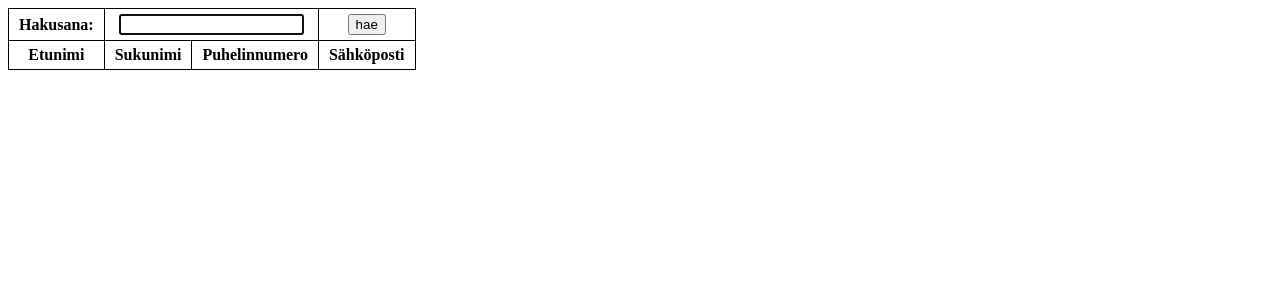
Repository: JerriMakila/Etatehtavat5
Page: http://localhost/Asiakkaat/listaaasiakkaat.jsp
These files come from the project's save history. The page is drawn as it stood at one moment and after the next save; the edit follows.
The browser window is 1280 px wide. The pictures show the whole page.
The page is served by Tomcat 9.

Above is the page before, as saved 2020-11-17 22:10:27.

After the next save:
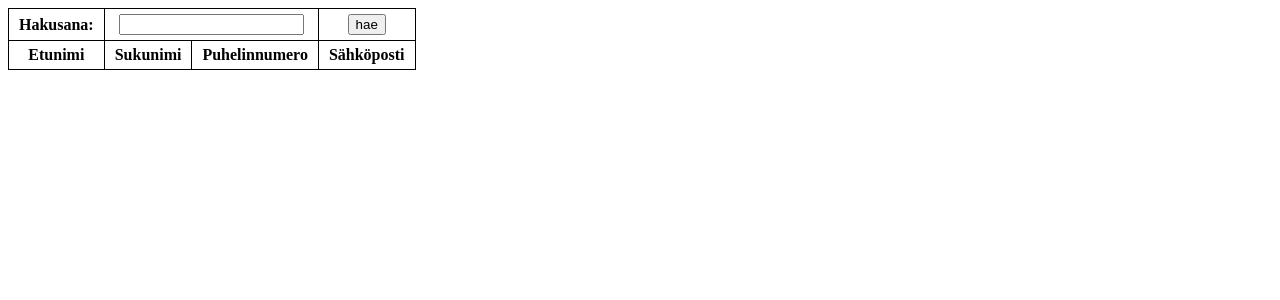
Console error: ReferenceError: haeAutot is not defined
Saved 13 h 16 min later.
--- a/Asiakkaat/WebContent/listaaasiakkaat.jsp
+++ b/Asiakkaat/WebContent/listaaasiakkaat.jsp
@@ -45,17 +45,17 @@
 
 	haeAutot();
 	$("#hakunappi").click(function(){
-		haeAutot();
+		haeAsiakkaat();
 	});
 	$(document.body).on("keydown", function(event){
 		  if(event.which==13){
-			  haeAutot();
+			  haeAsiakkaat();
 		  }
 	});
 	$("#hakusana").focus();
 });
 
-function haeAutot(){
+function haeAsiakkaat(){
 	$("#listaus tbody").empty();
 	$.ajax({url:"asiakkaat/"+$("#hakusana").val(), type:"GET", dataType:"json", success:function(result){
 		$.each(result.asiakkaat, function(i, field){

After the save that followed:
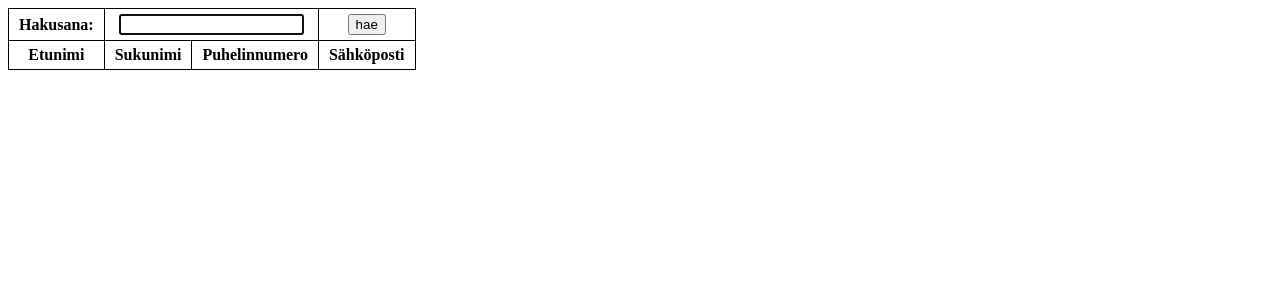
The error is gone.
Saved 25 s later.
--- a/Asiakkaat/WebContent/listaaasiakkaat.jsp
+++ b/Asiakkaat/WebContent/listaaasiakkaat.jsp
@@ -43,7 +43,7 @@
 <script>
 $(document).ready(function(){
 
-	haeAutot();
+	haeAsiakkaat();
 	$("#hakunappi").click(function(){
 		haeAsiakkaat();
 	});
